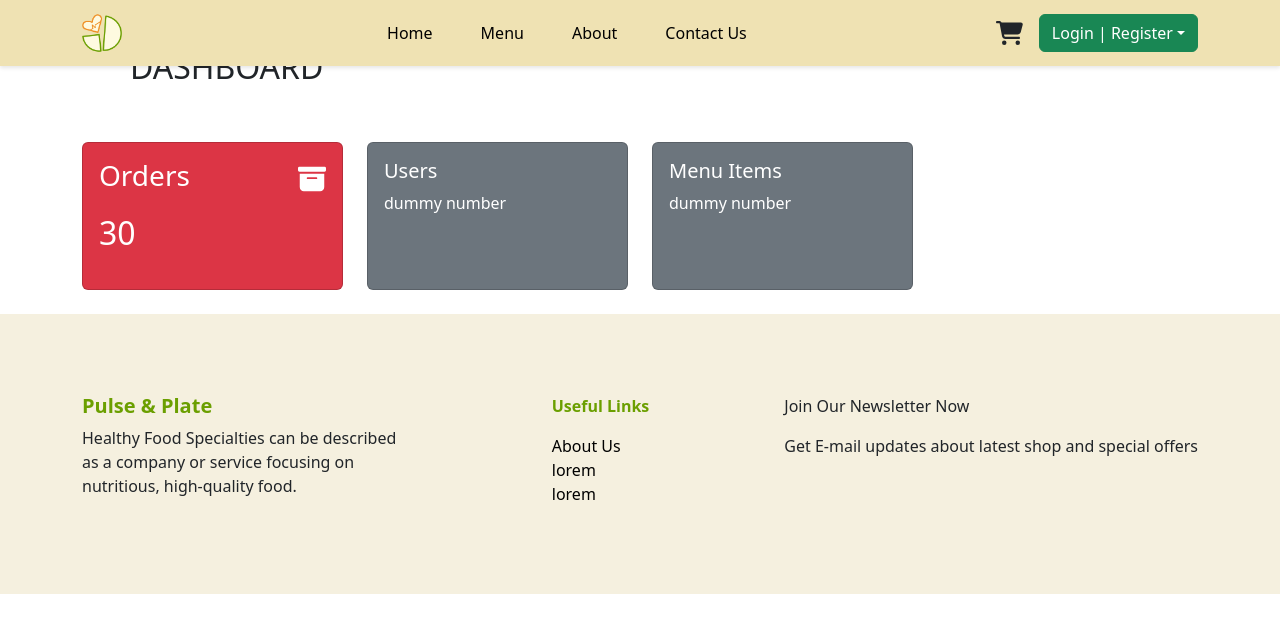
Repository: zeinawady/Pulse-and-Plate
Page: /dashboard
The author's editor kept a copy of each file at every save. The page is drawn from the files as they stood at one save, then again after the next save.
The browser window is 1280 px wide. The pictures show the whole page.
The project was rebuilt for these pictures with package versions that can differ from the ones it lists, and the page was loaded fresh each time. Also part of the build but not shown: src/components/Main/Main.css, src/components/Main/Main.js, src/components/Menu/MealCard.css, src/components/Menu/MealCard.js, src/components/Menu/Categories.css, src/components/Menu/Categories.js, src/components/Menu/Menu.css, src/components/Menu/Menu.js and 21 more.

Above is the page before, as saved 2025-05-15 18:55:16.

### public/index.html
<!DOCTYPE html>
<html lang="en">
  <head>
    <meta charset="utf-8" />
    <link rel="icon" href="%PUBLIC_URL%/images/logo-trans.png" />
    <meta name="viewport" content="width=device-width, initial-scale=1" />
    <meta name="theme-color" content="#000000" />
    <meta
      name="description"
      content="Web site created using create-react-app"
    />
    <link rel="apple-touch-icon" href="%PUBLIC_URL%/images/logo-trans.png" />
    <!--
      manifest.json provides metadata used when your web app is installed on a
      user's mobile device or desktop. See https://developers.google.com/web/fundamentals/web-app-manifest/
    -->
    <link rel="manifest" href="%PUBLIC_URL%/manifest.json" />
    <!--
      Notice the use of %PUBLIC_URL% in the tags above.
      It will be replaced with the URL of the `public` folder during the build.
      Only files inside the `public` folder can be referenced from the HTML.

      Unlike "/favicon.ico" or "favicon.ico", "%PUBLIC_URL%/favicon.ico" will
      work correctly both with client-side routing and a non-root public URL.
      Learn how to configure a non-root public URL by running `npm run build`.
    -->
    <title>Pulse And Plate</title>
  </head>
  <body>
    <noscript>You need to enable JavaScript to run this app.</noscript>
    <div id="root"></div>
    <!--
      This HTML file is a template.
      If you open it directly in the browser, you will see an empty page.

      You can add webfonts, meta tags, or analytics to this file.
      The build step will place the bundled scripts into the <body> tag.

      To begin the development, run `npm start` or `yarn start`.
      To create a production bundle, use `npm run build` or `yarn build`.
    -->
  </body>
</html>

### src/index.js
import React from 'react';
import ReactDOM from 'react-dom/client';
import './index.css';
import App from './App';
import reportWebVitals from './reportWebVitals';
import 'bootstrap/dist/css/bootstrap.min.css';
import '@fortawesome/fontawesome-free/css/all.min.css';
import 'bootstrap/dist/css/bootstrap.min.css';
import './fontAwesome';
import { BrowserRouter } from 'react-router-dom';

const root = ReactDOM.createRoot(document.getElementById('root'));
root.render(
  <React.StrictMode>
    <BrowserRouter>
      <App />
    </BrowserRouter>
  </React.StrictMode>
);

// If you want to start measuring performance in your app, pass a function
// to log results (for example: reportWebVitals(console.log))
// or send to an analytics endpoint. Learn more: https://bit.ly/CRA-vitals
reportWebVitals();

### src/App.js
import React from "react";
import "./App.css";
import Home from "./components/Home/Home";
import Footer from "./components/Footer/Footer";
import { Routes, Route } from "react-router-dom";

import Header from "./components/Header/Header";
import About from "./components/About/About";
import Menu from "./components/Menu/Menu";
import ContactUs from "./components/ContactUs/ContactUs";
import Login from "./components/Login/Login";
import SignUp from "./components/SignUp/SignUp";
import UserProfile from "./components/UserProfile/UserProfile";
import { UserProvider } from "./UserContext";
import ProductInfo from "./components/ProductInfo/ProductInfo";
import PaymentPage from "./components/PaymentPage/PaymentPage";
import AdminProfile from "./components/AdminProfile/AdminProfile";
import Dashboard from "./components/Dashboard/Dashboard";

function App() {
  return (
    <UserProvider>
      <div>
        <Header />
        <Routes>
          <Route path="/" element={<Home />} />
          <Route path="/home" element={<Home />} />
          <Route path="/about" element={<About />} />
          <Route path="/menu" element={<Menu />} />
          <Route path="/category" element={<Menu />} />
          <Route path="/login" element={<Login />} />
          <Route path="/register" element={<SignUp />} />
          <Route path="/userAccount" element={<UserProfile />} />
          <Route path="/contactus" element={<ContactUs />} />
          <Route path="/product-info" element={<ProductInfo />} />
          <Route path="/PaymentPage" element={<PaymentPage />} />
          <Route path="/admin-profile" element={<AdminProfile />} />
          <Route path="/dashboard" element={<Dashboard />} />
        </Routes>

        <Footer />
      </div>
    </UserProvider>
  );
}

export default App;

### src/fontAwesome.js
// src/fontAwesome.js
import { library } from '@fortawesome/fontawesome-svg-core';
import {
    faUser,
    faCartShopping,
    faHome,
    faEnvelope,
    faSearch,
    faConciergeBell,
     faPercent,
     faTruckFast,
     faCarrot,
    // Add any other icons you need here
} from '@fortawesome/free-solid-svg-icons';

// Add icons to the library
library.add(
    faUser,
    faCartShopping,
    faHome,
    faEnvelope,
    faSearch,
    faConciergeBell,
    faPercent,
    faTruckFast,
    faCarrot,

    // Add any other icons you need here
);

### src/App.css
@font-face {
  font-family: "Lato";
  src: url("../public/Fonts/Lato/Lato-Black.ttf") format("truetype");
}

:root {
  --primary-color: #6b9f00;
  --secondary-color: #ef9025;
  --light-color: hsl(47, 66%, 82%);
  --text-color: #000000;
  --font-family: "Lato", sans-serif;
  --sections-padding: 5rem;
}

body {
  margin: 0;
  padding: 0;
  border: none !important;
  outline: none !important;
  font-family: var(--font-family);
  font-weight: 500;
  -webkit-font-smoothing: antialiased;
  -moz-osx-font-smoothing: grayscale;
  background-color: #eee;

}
a{
  text-decoration: none;
}

### src/components/Footer/Footer.js
import "../../App";

import "./Footer.css";
import { Container } from "react-bootstrap";
import Button from "react-bootstrap/Button";
import { FontAwesomeIcon } from "@fortawesome/react-fontawesome";


export default function Footer() {
    return (
        <footer>
            <Container fluid="md">
            <div className="wrapper-footer">
                <div className="info">
                    <h5>Pulse & Plate</h5>
                    <p>Healthy Food Specialties can be described as a company or service focusing on nutritious, high-quality food. </p>
                </div>
                <div className="links">
                    <p >Useful Links</p>
                    <a href="#">About Us</a>
                    <a href="#">lorem</a>
                    <a href="#">lorem</a>
                </div>
                <div>
                    <p>Join Our Newsletter Now </p>
                    <p>Get E-mail updates about latest shop and special offers </p>
                </div>
            </div>
            </Container>
        </footer>
    );
}

### src/components/Header/Header.js
import React from 'react';
import './Header.css';
import '../../App';
import { Link, NavLink, useNavigate } from 'react-router-dom';
import { useUser } from "../../UserContext";

// React Bootstrap
import Container from 'react-bootstrap/Container';
import Nav from 'react-bootstrap/Nav';
import Navbar from 'react-bootstrap/Navbar';
import Dropdown from 'react-bootstrap/Dropdown';

// Font Awesome
import { FontAwesomeIcon } from '@fortawesome/react-fontawesome';
import { faCartShopping } from '@fortawesome/free-solid-svg-icons';

export default function Header() {
    const { user, setUser } = useUser();
    const navigate = useNavigate();

    const handleLogout = () => {
        navigate('/login');
        localStorage.removeItem("user");
        localStorage.removeItem("token");
        setUser(null);
    };

    return (
        <Navbar expand="md" className="fixed-top">
            <Container fluid="md">
                <Navbar.Brand as={Link} to="/home">
                    <img
                        src="/images/logo-trans.png"
                        width="40"
                        height="40"
                        className="d-inline-block align-top"
                        alt="React Bootstrap logo"
                    />
                </Navbar.Brand>

                <Navbar.Toggle aria-controls="basic-navbar-nav" />
                <Navbar.Collapse id="basic-navbar-nav">
                    <Nav className="me-auto ms-auto">
                        <Nav.Link as={NavLink} to="/home">Home</Nav.Link>
                        <Nav.Link as={NavLink} to="/menu">Menu</Nav.Link>
                        <Nav.Link as={NavLink} to="/about">About</Nav.Link>
                        <Nav.Link as={NavLink} to="/contactus">Contact Us</Nav.Link>
                    </Nav>

                    <div className="icons d-flex align-items-center gap-3">
                        <FontAwesomeIcon icon={faCartShopping} size="lg" />

                        <Dropdown align="end">
                            <Dropdown.Toggle variant="success" id="dropdown-user">
                                {user?.name ? user.name.split(" ")[0] : "Login | Register"}
                            </Dropdown.Toggle>

                            <Dropdown.Menu>
                                {user?.name ? (
                                    <>
                                        <Dropdown.Item as={Link} to="/userAccount">Profile</Dropdown.Item>
                                        <Dropdown.Item onClick={handleLogout}>Logout</Dropdown.Item>
                                    </>
                                ) : (
                                    <>
                                        <Dropdown.Item as={Link} to="/login">Login</Dropdown.Item>
                                        <Dropdown.Item as={Link} to="/register">Register</Dropdown.Item>
                                    </>
                                )}
                            </Dropdown.Menu>
                        </Dropdown>
                    </div>
                </Navbar.Collapse>
            </Container>
        </Navbar>
    );
}

### src/UserContext.jsx
import { createContext, useContext, useState } from 'react';

const UserContext = createContext();

export function UserProvider({ children }) {
  const [user, setUser] = useState(() => {
    const stored = localStorage.getItem('user');
    return stored ? JSON.parse(stored) : null;
  });

  const updateUser = (updatedUser) => {
    localStorage.setItem('user', JSON.stringify(updatedUser));
    setUser(updatedUser);
  };

  return (
    <UserContext.Provider value={{ user, setUser: updateUser }}>
      {children}
    </UserContext.Provider>
  );
}

export function useUser() {
    return useContext(UserContext);
}

### src/components/Dashboard/Dashboard.js
import React from "react";
import "../../App";
import "./Dashboard.css";
import { BsFillArchiveFill } from "react-icons/bs";
export default function Dashboard() {
  return (
    <div className="main-container container">
      <h2 className="p-5">DASHBOARD</h2>

      <div className="row mb-4 ">

        <div className="col-md-3 col-sm-6">
          <div className="card text-white bg-danger h-100">
            <div className="card-body">
              <div className="card-inner">
                <div className="card-title d-flex justify-content-between">
                  <h3>Orders</h3>
                  <h3 className="card_icon ">
                    <BsFillArchiveFill />
                  </h3>
                </div>
                  <p className="fs-2">30</p>
              </div>
            </div>
          </div>
        </div>
        <div className="col-md-3 col-sm-6">
          <div className="card text-white bg-secondary h-100">
            <div className="card-body">
              <h5 className="card-title">Users</h5>
              <p className="card-text">dummy number</p>
            </div>
          </div>
        </div>

        <div className="col-md-3 col-sm-6">
          <div className="card text-white bg-secondary h-100">
            <div className="card-body">
              <h5 className="card-title">Menu Items</h5>
              <p className="card-text">dummy number</p>
            </div>
          </div>
        </div>
      </div>
    </div>
  );
}

### src/components/Footer/Footer.css
footer{
    background-color: hsla(47, 53%, 90%, 0.822);
    padding-block-start: var(--sections-padding);
    padding-block-end: var(--sections-padding);
}
.wrapper-footer{
    display: flex;
    justify-content: space-between;

}
.wrapper-footer .info{
  width: 30%;

}
.wrapper-footer .info h5{
    color: var(--primary-color);
    font-weight: 700;
}
.links>p:first-child{
font-weight: 700;
color: var(--primary-color);

}
.links{
    display: flex;
    flex-direction: column;
}
.links a{
    text-decoration: none;
    color: var(--text-color);
}
@media (max-width: 767px) {
    .wrapper-footer{
       flex-direction: column;
    }
    .wrapper-footer .info{
        width: 100%;
      }

}

### src/components/Header/Header.css
.navbar {
    box-shadow: 0 2px 4px rgba(0, 0, 0, 0.1);
    /* background-color: rgba(254, 250, 225, 0.3);
     */
     background-color: var(--light-color);
     z-index: 100;
}

.navbar-nav .nav-link,
.dropdown-menu .dropdown-item {
    color: var(--text-color);
}


/* * --> all children */
.navbar .nav-link {
    padding: 0 1.5rem !important;
    text-align: center;
}

@media (max-width: 767px) {
    .navbar .nav-link {
        padding: 0.5rem 0 !important;
    }

    .icons>svg {
        padding-top: 0.5rem;
        margin: auto;
        font-size: 1.25rem;
    }
}

.icons {
    display: flex;
    gap: 1.5rem;
}

.icons svg {
    font-size: 1.5rem;
}

.navbar-toggler {
    border: none !important;
}

.navbar-toggler:focus {
    box-shadow: none !important;
}

@media (max-width: 767px) {

    /* .navbar .dropdown-menu {
                position: absolute !important;
                top: 80% !important;
                left: 35% !important;
                background-color: var(--light-color);
                right: 0;
                width: 100%;
                z-index: 1050;
            } */
    .navbar-nav {
        .dropdown-menu {
            width: 50%;
            margin: auto;
            text-align: center;
        }

        /* .dropdown-menu[data-bs-popper] {
            top: 100%;
            left: 50%;
            transform: translateX(-50%);
        } */

        /* .nav-item,
        .nav-link {
            text-align: center;
        } */
    }
}

@media (max-width: 441px) {
    .navbar-nav {
        .dropdown-menu {
            width: 35%;
        }
    }
}

### src/components/PaymentPage/PaymentPage.css
:root {
    --primary-color: #6b9f00;
    --secondary-color: #ef9025;
    --light-color: #efe2b3;
    --secondary-light-color: #FDFAE0;
    --text-color: #000000;
    --font-family: "Lato", sans-serif;
    --sections-padding: 5rem;
    --section-margin: 60px;
    /* This variable can be used or adjusted for header height */
}

body {
    margin: 0;
    padding: 0;
    border: none !important;
    outline: none !important;
    font-family: var(--font-family);
    font-weight: 500;
    -webkit-font-smoothing: antialiased;
    -moz-osx-font-smoothing: grayscale;
    background-color: #eee;
    color: var(--text-color);
}

.payment-page a {
    text-decoration: none;
    color: var(--primary-color);
}


/* Main container */
.payment-page.container {
    max-width: 960px;
    margin: 100px;
    padding: var(--sections-padding) 30px;
    background-color: var(--secondary-light-color);
    border-radius: 10px;
    box-shadow: 0 4px 15px rgba(107, 159, 0, 0.3);

}

/* Card style */
.payment-page .card {
    background: var(--light-color);
    border-radius: 12px;
    box-shadow: 0 6px 20px rgba(0, 0, 0, 0.1);
    padding: 30px;
    margin-bottom: 30px;
}

/* Card header */
.payment-page .card-header {
    font-weight: 700;
    font-size: 1.5rem;
    color: var(--primary-color);
    border-bottom: 3px solid var(--secondary-color);
    padding-bottom: 15px;
    margin-bottom: 25px;
}

/* Order Summary Items */
.payment-page .card-body>div.d-flex {
    font-size: 1.1rem;
    justify-content: space-between;
    padding: 8px 0;
    border-bottom: 1px solid var(--secondary-light-color);
}

.payment-page .card-body>hr+div {
    font-weight: 700;
    font-size: 1.25rem;
    color: var(--primary-color);
    padding-top: 10px;
}

/* Form headings */
.payment-page h4,
.payment-page h5 {
    color: var(--primary-color);
    margin-bottom: 20px;
    font-weight: 700;
}

/* Form labels */
.payment-page .form-label {
    font-weight: 600;
    color: var(--text-color);
}

/* Input fields */
.payment-page .form-control {
    border-radius: 8px;
    border: 2px solid var(--primary-color);
    padding: 10px 15px;
    font-family: var(--font-family);
    font-weight: 500;
    font-size: 1rem;
    transition: border-color 0.3s ease;
    color: var(--text-color);
    background-color: #fff;
}

.payment-page .form-control:focus {
    border-color: var(--secondary-color) !important;
    box-shadow: 0 0 8px var(--secondary-color) !important;
    outline: none;
}

/* Validation feedback */
.payment-page .is-invalid {
    border-color: #dc3545 !important;
}

.payment-page .is-invalid:focus {
    box-shadow: 0 0 8px rgba(220, 53, 69, 0.5);
}

.payment-page .invalid-feedback {
    font-size: 0.9rem;
    color: #dc3545;
    margin-top: 6px;
}

/* Radio buttons */
.payment-page .form-check-label {
    font-size: 1rem;
    color: var(--text-color);
}


.payment-page button:hover {
    background-color: var(--secondary-color);
}

/* Submit button - This existing style will override the general button style for submit buttons where properties differ */
.payment-page button[type="submit"] {
    background-color: var(--primary-color);
    /* This is fine, can be more specific if needed */
    border: none;
    color: white;
    font-weight: 700;
    /* Specific to submit */
    padding: 14px 32px;
    /* Specific to submit */
    border-radius: 8px;
    cursor: pointer;
    font-size: 1.1rem;
    /* Specific to submit */
    transition: background-color 0.3s ease;
    box-shadow: 0 5px 15px rgba(107, 159, 0, 0.2);
    /* Specific to submit */
}

.payment-page button[type="submit"]:hover {
    background-color: var(--secondary-color);
    box-shadow: 0 6px 20px rgba(239, 144, 37, 0.3);
    /* Specific to submit */
}

/* Responsive */
@media (max-width: 768px) {
    .payment-page.container {
        padding: 3rem 15px;
        margin-top: 60px;
        /* Adjusted margin for smaller screens if header is smaller or fixed differently */
    }

        .payment-page .row>div {
        margin-bottom: 25px;
    }
}

Loaded but not shown: src/index.css (common file); src/reportWebVitals.js (common file)

After the next save:
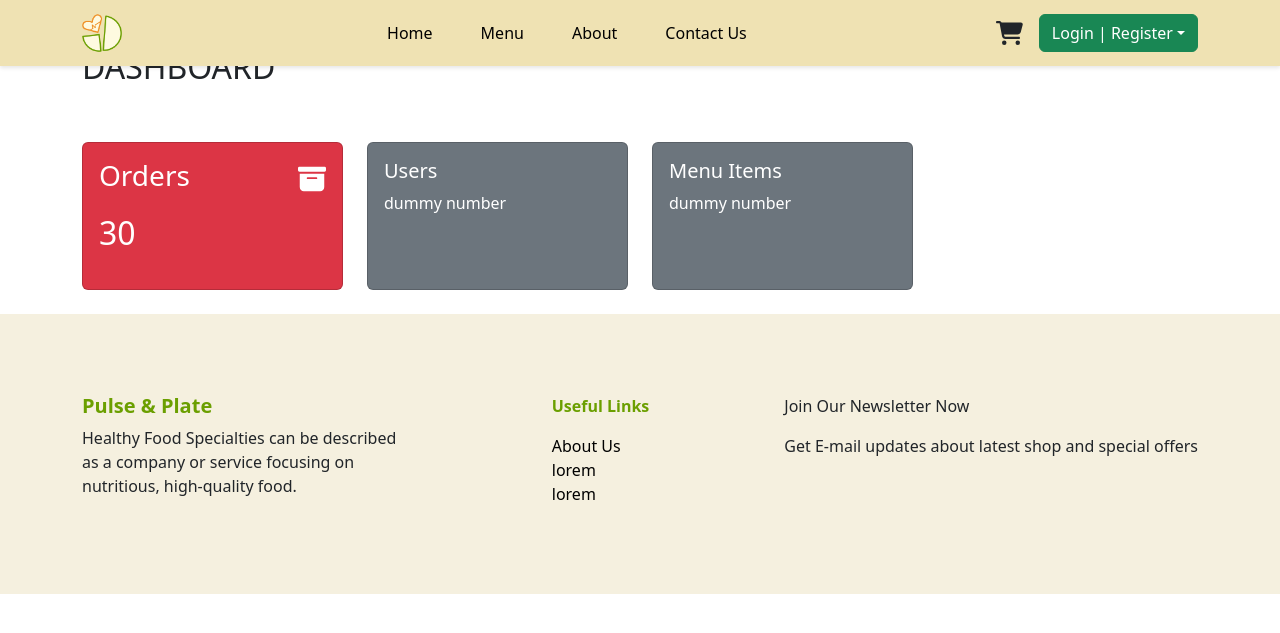
Saved 11 s later.
--- a/src/components/Dashboard/Dashboard.js
+++ b/src/components/Dashboard/Dashboard.js
@@ -5,7 +5,7 @@ import { BsFillArchiveFill } from "react-icons/bs";
 export default function Dashboard() {
   return (
     <div className="main-container container">
-      <h2 className="p-5">DASHBOARD</h2>
+      <h2 className="py-5">DASHBOARD</h2>
 
       <div className="row mb-4 ">
 
